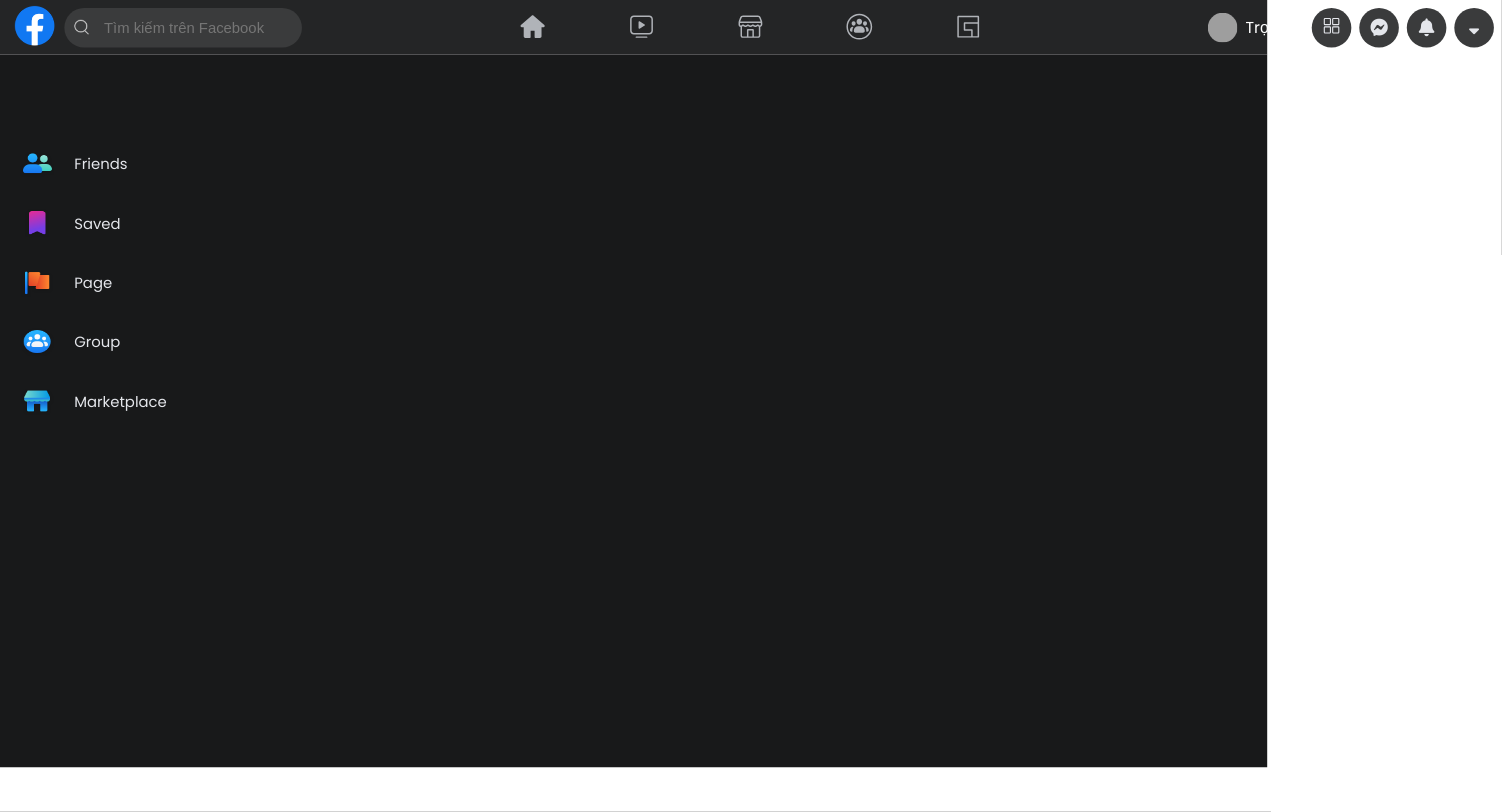
Repository: vanntrong/facebook-clone
Page: index.html
An editor plug-in stored every save of this project. The page is shown before and after the next save, followed by the edit.
The browser window is 1280 px wide. The page is 1517 px wide, so the pictures cover 1517 px, including what lies to the right of the window. The pictures show the whole page, at 99% of full size.
Pictures or frames that could not be fetched are drawn as grey boxes.

Above is the page before, as saved 2021-09-08 18:32:47.

After the next save:
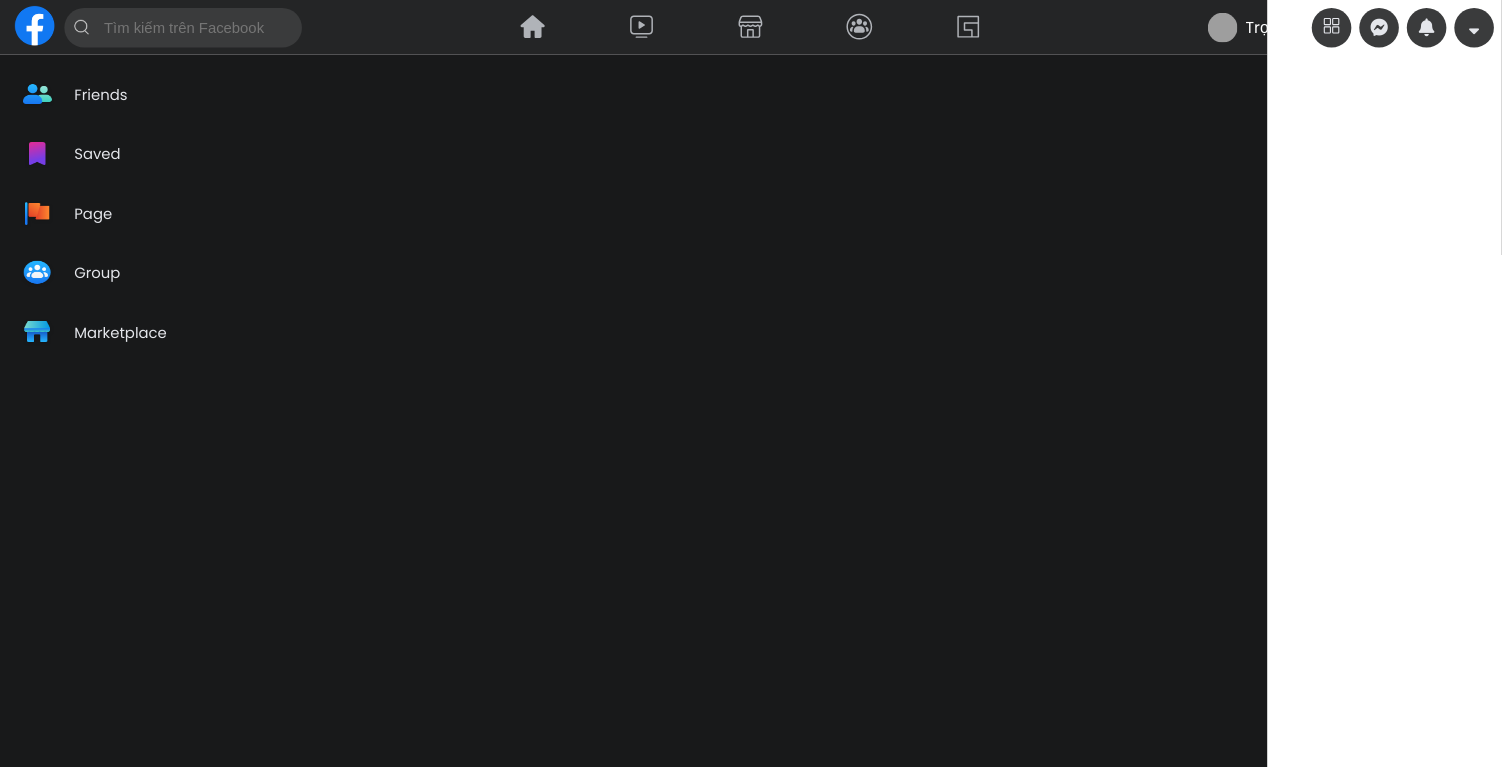
Saved 8 s later.
--- a/assets/css/style.css
+++ b/assets/css/style.css
@@ -168,7 +168,6 @@
 .left-sidebar {
   flex-basis: 25%;
   position: relative;
-  top: 70px;
 }
 
 .imp-links {
